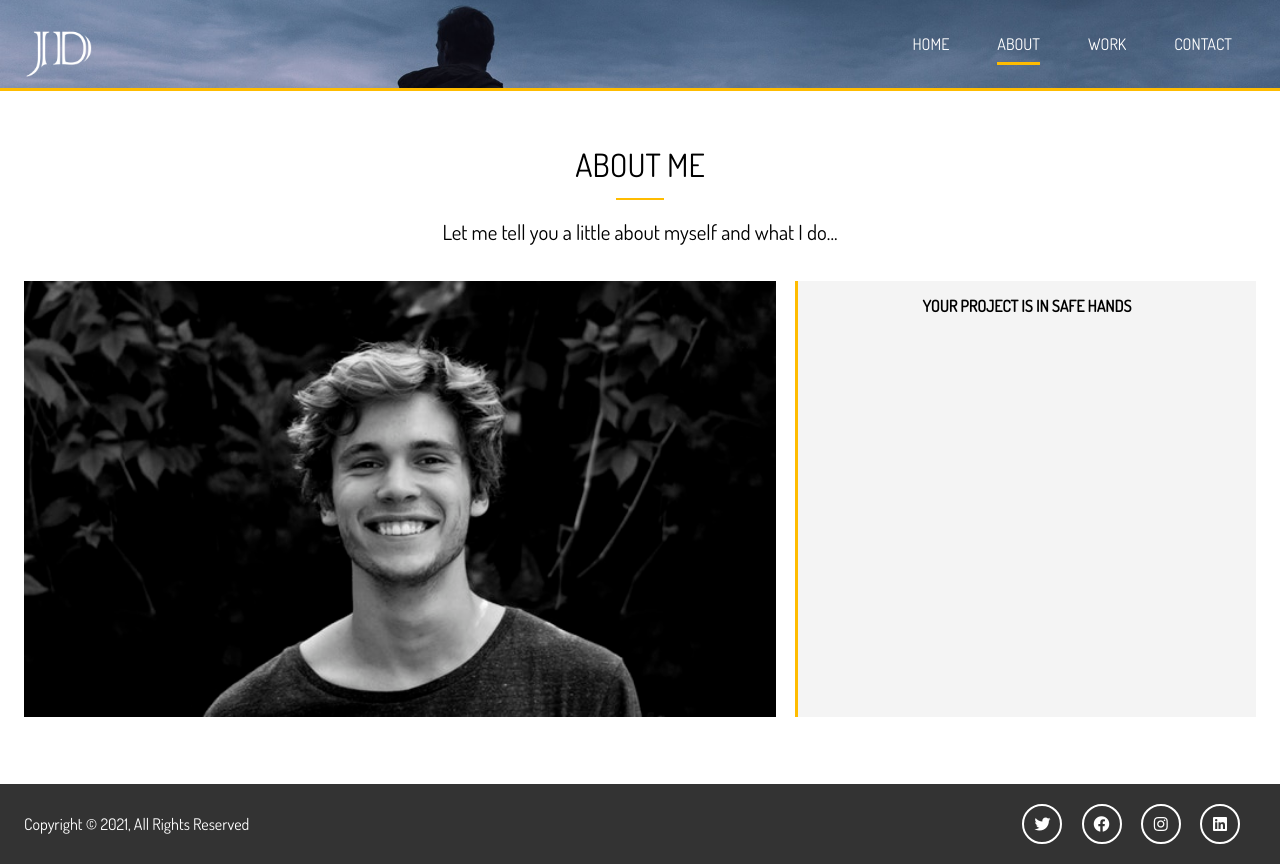
Repository: minhtien9/Portfolio_Website
Page: diet/about.html
An editor plug-in stored every save of this project. The page is shown before and after the next save, followed by the edit.
The browser window is 1280 px wide. The pictures show the whole page.

Above is the page before, as saved 2021-08-29 10:41:29.

After the next save:
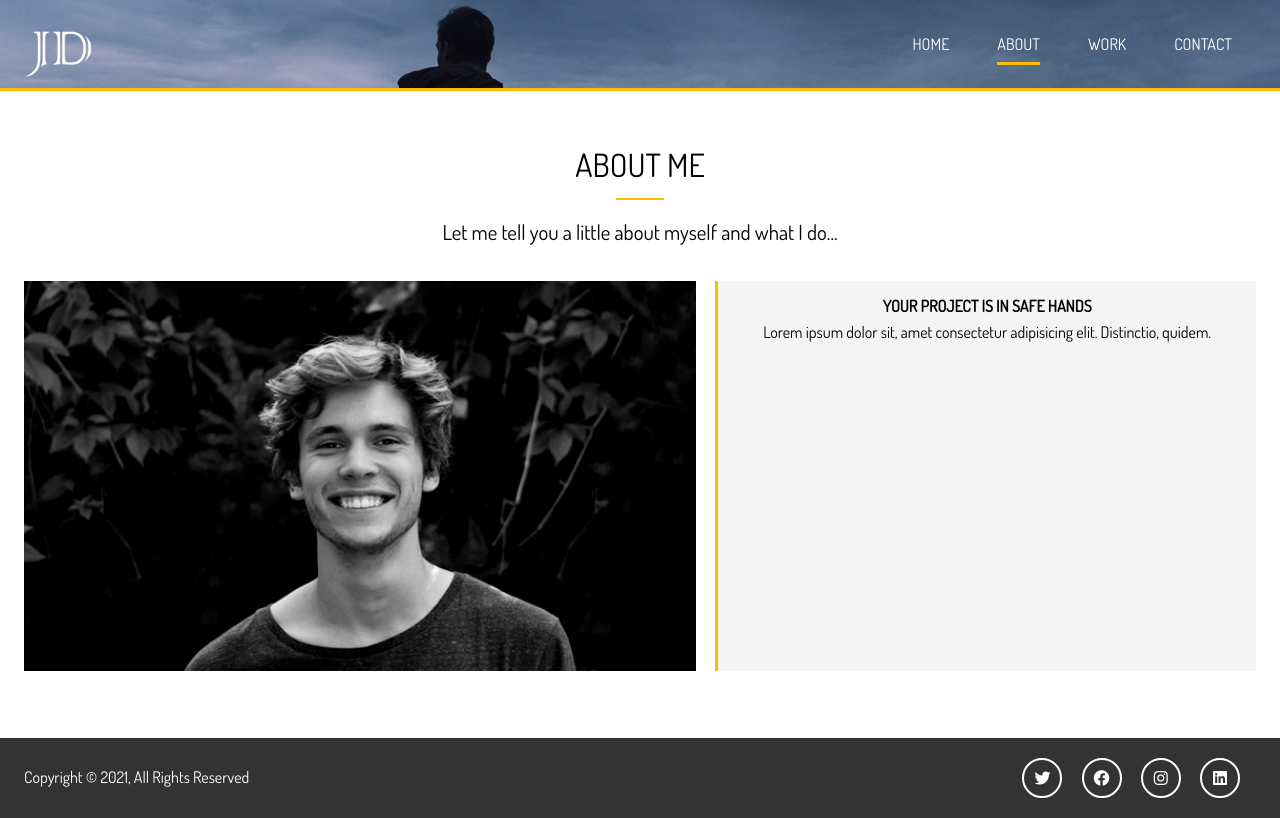
Saved 7 s later.
--- a/diet/about.html
+++ b/diet/about.html
@@ -45,6 +45,10 @@
           <img src="img/about.jpg" alt="" class="bio-image" />
           <div class="bio bg-light">
             <h4>Your Project Is In Safe Hands</h4>
+            <p>
+              Lorem ipsum dolor sit, amet consectetur adipisicing elit.
+              Distinctio, quidem.
+            </p>
           </div>
         </div>
       </div>
